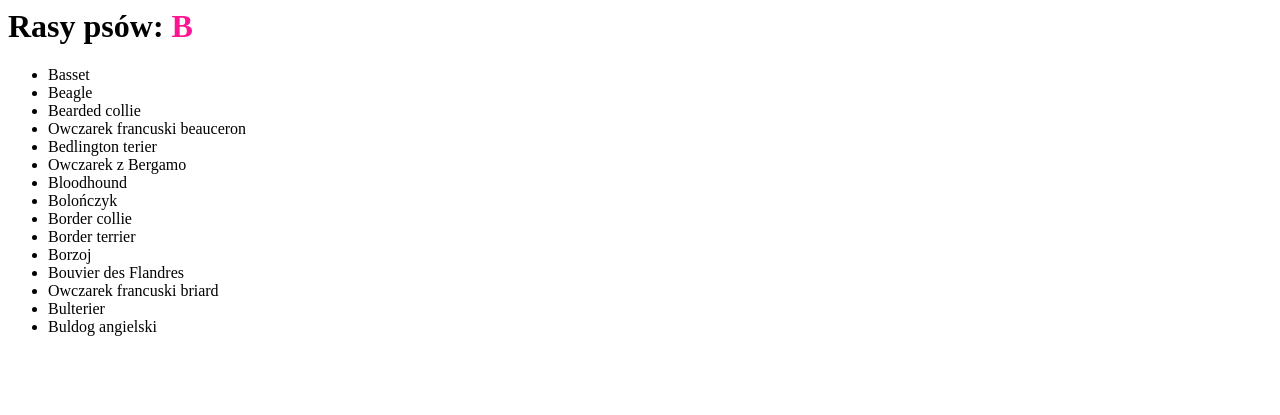
Repository: Lenerystia/HTML
Page: Rozdział 12/Postacie_laczy/link-visited.html
These files come from the project's save history. The page is drawn as it stood at one moment and after the next save; the edit follows.
The browser window is 1280 px wide. The pictures show the whole page.

Above is the page before, as saved 2022-02-02 12:51:30.

### Rozdział 12/Postacie_laczy/link-visited.html
<html>
	<head>
		<meta http-equiv="content-type" content="text/html; charset=UTF-8">
		<title>Odwiedzone łącza</title>
        <link rel="stylesheet" href="style.css">
		</head>
		<body>
            <h1>Rasy psów: <span style="color: deeppink;">B</span></h1>
            <ul>
                <li><a href="http://pl.wikipedia.org/wiki/Basset"></a>Basset</li>
                <li><a href="http://pl.wikipedia.org/wiki/Beagle_(rasa_psów)"></a>Beagle</li>
                <li><a href="http://pl.wikipedia.org/wiki/Bearded_collie"></a>Bearded collie</li>
                <li><a href="http://pl.wikipedia.org/wiki/Owczarek_francuski_beauceron"></a>Owczarek francuski beauceron</li>
                <li><a href="http://pl.wikipedia.org/wiki/Bedlington_terier"></a>Bedlington terier</li>
                <li><a href="http://pl.wikipedia.org/wiki/Owczarek_z_Bergamo"></a>Owczarek z Bergamo</li>
                <li><a href="http://pl.wikipedia.org/wiki/Bloodhound"></a>Bloodhound</li>
                <li><a href="http://pl.wikipedia.org/wiki/Bolończyk"></a>Bolończyk</li>
                <li><a href="http://pl.wikipedia.org/wiki/Border_collie"></a>Border collie</li>
                <li><a href="http://pl.wikipedia.org/wiki/Border_terrier"></a>Border terrier</li>
                <li><a href="http://pl.wikipedia.org/wiki/Borzoj"></a>Borzoj</li>
                <li><a href="http://pl.wikipedia.org/wiki/Bouvier_des_Flandres"></a>Bouvier des Flandres</li>
                <li><a href="http://pl.wikipedia.org/wiki/Owczarek_francuski_briard"></a>Owczarek francuski briard</li>
                <li><a href="http://pl.wikipedia.org/wiki/Bulterier"></a>Bulterier</li>
                <li><a href="http://pl.wikipedia.org/wiki/Buldog_angielski"></a>Buldog angielski</li>
            </ul>
        </body>
</html>

### Rozdział 12/Postacie_laczy/style.css
a:link{
    color: deeppink;
    text-decoration: none;
}
a:visited{
    color:black;
}
a:hover{
    color:deeppink;
    text-decoration: underline;
}
a:active{
    color: darkcyan;
}

After the next save:
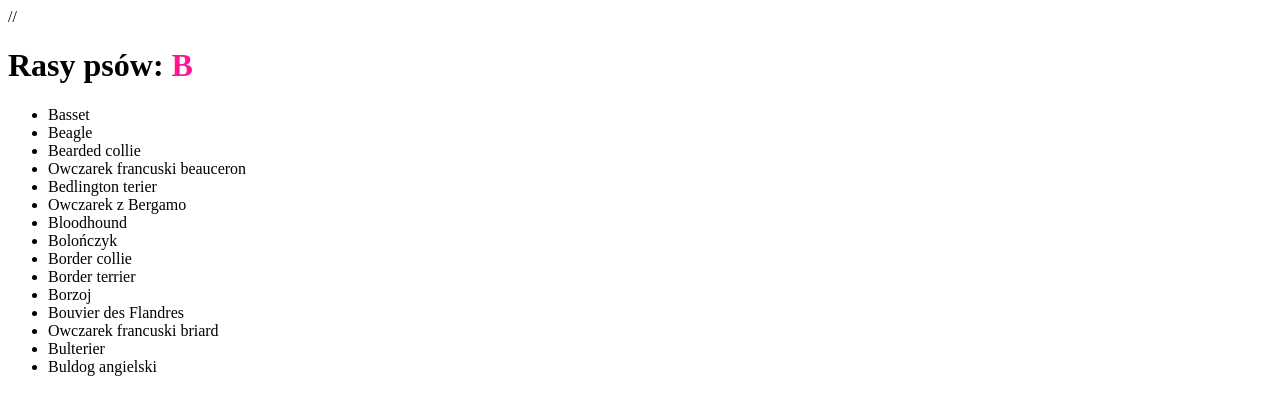
Saved 32 s later.
--- a/Rozdział 12/Postacie_laczy/link-visited.html
+++ b/Rozdział 12/Postacie_laczy/link-visited.html
@@ -2,7 +2,7 @@
 	<head>
 		<meta http-equiv="content-type" content="text/html; charset=UTF-8">
 		<title>Odwiedzone łącza</title>
-        <link rel="stylesheet" href="style.css">
+        //<link rel="stylesheet" href="style.css">
 		</head>
 		<body>
             <h1>Rasy psów: <span style="color: deeppink;">B</span></h1>

After the save that followed:
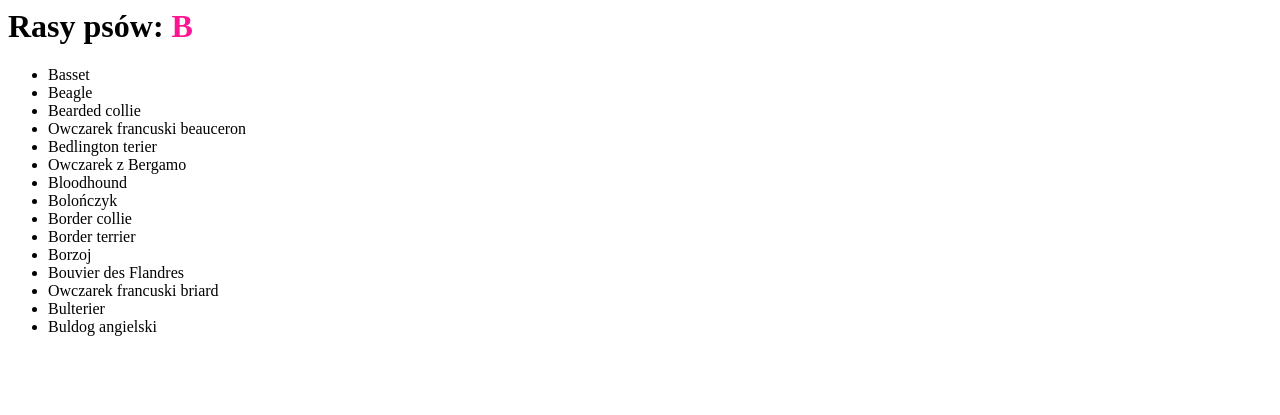
Saved 9 s later.
--- a/Rozdział 12/Postacie_laczy/link-visited.html
+++ b/Rozdział 12/Postacie_laczy/link-visited.html
@@ -2,7 +2,7 @@
 	<head>
 		<meta http-equiv="content-type" content="text/html; charset=UTF-8">
 		<title>Odwiedzone łącza</title>
-        //<link rel="stylesheet" href="style.css">
+        <!--<link rel="stylesheet" href="style.css">-->
 		</head>
 		<body>
             <h1>Rasy psów: <span style="color: deeppink;">B</span></h1>
